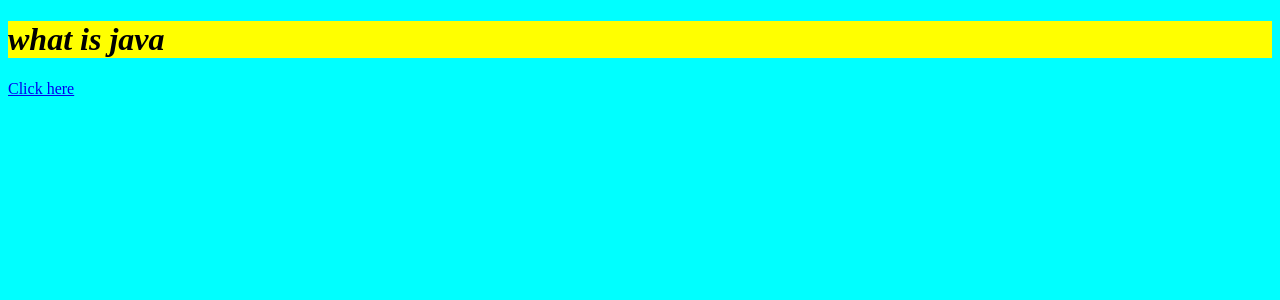
Repository: doiphodesakshi/-core_java_T2406080344
Page: MyWebApp/src/main/webapp/index.html
These files come from the project's save history. The page is drawn as it stood at one moment and after the next save; the edit follows.
The browser window is 1280 px wide. The pictures show the whole page.

Above is the page before, as saved 2024-02-26 07:09:27.

### MyWebApp/src/main/webapp/index.html
<!DOCTYPE html>
<html>
<head>
<meta charset="ISO-8859-1">
<title>Register</title>
</head>
<body style="background-color:aqua;">
<h1 style="background-color: yellow; font-style:italic;">what is java</h1>

<a href="welcome.html">Click here</a>

</body>
</html>

After the next save:
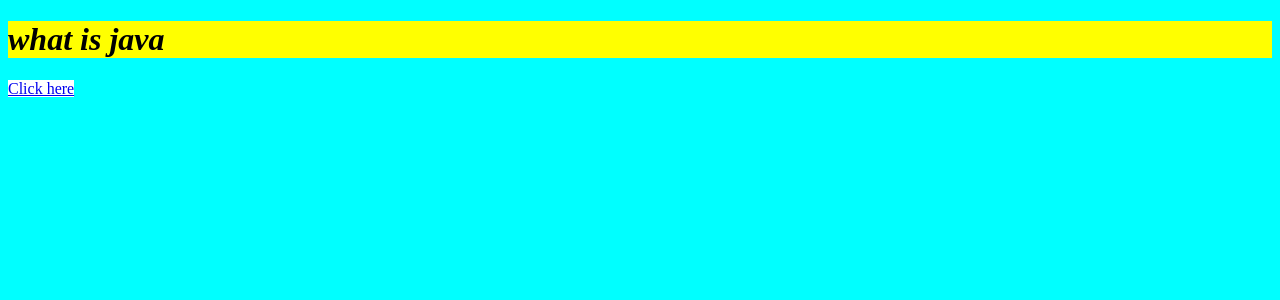
Saved 97 s later.
--- a/MyWebApp/src/main/webapp/index.html
+++ b/MyWebApp/src/main/webapp/index.html
@@ -5,9 +5,10 @@
 <title>Register</title>
 </head>
 <body style="background-color:aqua;">
+
 <h1 style="background-color: yellow; font-style:italic;">what is java</h1>
 
-<a href="welcome.html">Click here</a>
+<a href="welcome.html" style="background-color:white">Click here</a>
 
 </body>
 </html>
